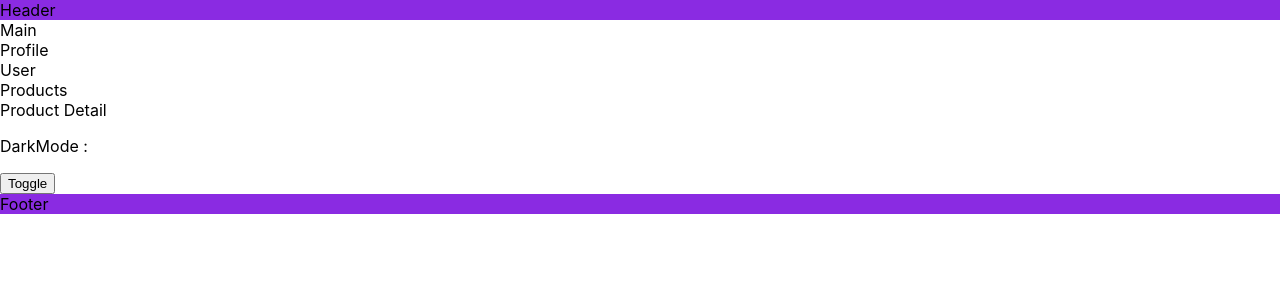
Repository: dnjfht/css-example
Page: /
An editor plug-in stored every save of this project. The page is shown before and after the next save, followed by the edit.
The browser window is 1280 px wide. The pictures show the whole page.
The project was rebuilt for these pictures with package versions that can differ from the ones it lists, and the page was loaded fresh each time.

Above is the page before, as saved 2023-05-11 02:01:07.

### src/App.js
import React from "react";
import Header from "./components/Header";
import Main from "./components/Main";
import Footer from "./components/Footer";
import { DarkModeProvider } from "./DarkModeContext";

export default function App() {
  return (
    <DarkModeProvider>
      {/* Context를 가져다 사용하려면 이렇게 우산을 씌워주면 된다. */}
      {/* 이렇게 해주면 PRovider 아래에 있는 자식 component들이 모두 darkMode, toggleDarkMode를 가져다 쓸 수 있다 */}
      <div style={{ width: "100%", height: "100vh" }}>
        <Header />
        <Main />
        <Footer />
      </div>
    </DarkModeProvider>
  );
}

### src/components/Header.js
import React from "react";

export default function Header() {
  return (
    <div style={{ width: "100%", backgroundColor: "blueviolet" }}>Header</div>
  );
}

### src/components/Main.js
import React from "react";
import Profile2 from "./Profile2";
import Products2 from "./Products2";

export default function Main() {
  return (
    <div>
      Main
      <Profile2 />
      <Products2 />
    </div>
  );
}

### src/components/Footer.js
import React from "react";

export default function Footer() {
  return (
    <div style={{ width: "100%", backgroundColor: "blueviolet" }}>Footer</div>
  );
}

### src/DarkModeContext.js
import { createContext, useState } from "react";

export const DarkModeContext = createContext();

export function DarkModeProvider({ children }) {
  // Provider는 데이터를 가지고 보여주고 있는 우산(umbrella) 만들 때 사용.
  // 밑에 있는 하위 컴포넌트들을 감싸줄 수 있는 우산 컴포넌트
  // DarkModeProvider는 UI적으로 무언가를 하지는 않지만,
  // children을 감싸는 DarkModeContext, 즉 데이터를 가지고 있는 우산을 만들어줌.

  const [darkMode, setDarkMode] = useState(false);
  const toggleDarkMode = () => {
    setDarkMode((mode) => !mode);
  };
  console.log(darkMode);

  return (
    <DarkModeContext.Provider value={{ darkMode, toggleDarkMode }}>
      {/* 이 안에 global하게 기억하고 싶은 데이터를, 그리고 그걸 처리하고 싶은 함수들을 안에서 만들어주면 됨. */}
      {/* 우리가 react에서 Context를 쓰는 것은 우산을 만들고, 그 우산을 우리가 씌워주고 싶은 component에다 씌우면 */}
      {/* component 하위에 있는 모든 요소들이 데이터에 접근이 가능함. */}
      {children}
    </DarkModeContext.Provider>
    // Context에 있는 Provider를 return할 건데,
    // 이걸 외부에서 편하게 사용하기 위해서 DarkModeProvider를 만들어줌.
  );
}

// 우산(Context)을 만들려면
// 1. React에서 제공해주는 createContext를 이용해서 Context를 만든다.
// 2. 자식 컴포넌트들을 받아오는 컴포넌트를 만들어서 자식 컴포넌트들을 위에서 만든 Context에서 제공해주는 Provider로 감싸주면 됨.
// 3. 자식 컴포넌트와 공유하고 싶은 데이터가 있다면 Provider value에 지정해주면 된다.

### src/components/Profile2.js
import React from "react";
import User from "./User";

export default function Profile2() {
  return (
    <div>
      Profile
      <User />
    </div>
  );
}

### src/components/Products2.js
import React from "react";
import ProductsDetail from "./ProductsDetail";

export default function Products2() {
  return (
    <div>
      Products
      <ProductsDetail />
    </div>
  );
}

### src/components/User.js
import React from "react";

export default function User() {
  return <div>User</div>;
}

### src/components/ProductsDetail.js
import React, { useContext } from "react";
import { DarkModeContext } from "../DarkModeContext";

export default function ProductsDetail() {
  const { darkMode, toggleDarkMode } = useContext(DarkModeContext);
  return (
    <div>
      Product Detail
      <p>
        DarkMode : <span>{darkMode}</span>
      </p>
      <button onClick={() => toggleDarkMode()}>Toggle</button>
    </div>
  );
}

Loaded but not shown: public/index.html (common file); src/index.js (common file); src/index.css (common file); src/reportWebVitals.js (common file)

After the next save:
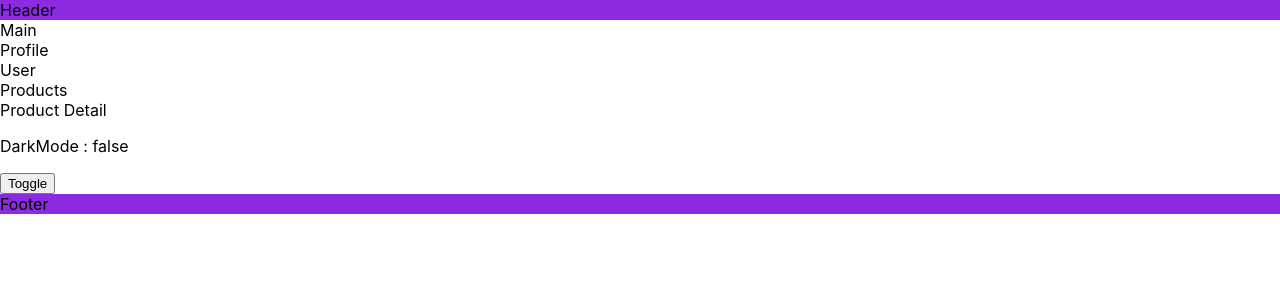
Saved 49 s later.
--- a/src/components/ProductsDetail.js
+++ b/src/components/ProductsDetail.js
@@ -7,7 +7,8 @@ export default function ProductsDetail() {
     <div>
       Product Detail
       <p>
-        DarkMode : <span>{darkMode}</span>
+        DarkMode : <span>{darkMode.toString()}</span>
+        {/* Boolean은 값이 출력되지 않으므로 문자열로 바꿔주기 */}
       </p>
       <button onClick={() => toggleDarkMode()}>Toggle</button>
     </div>
